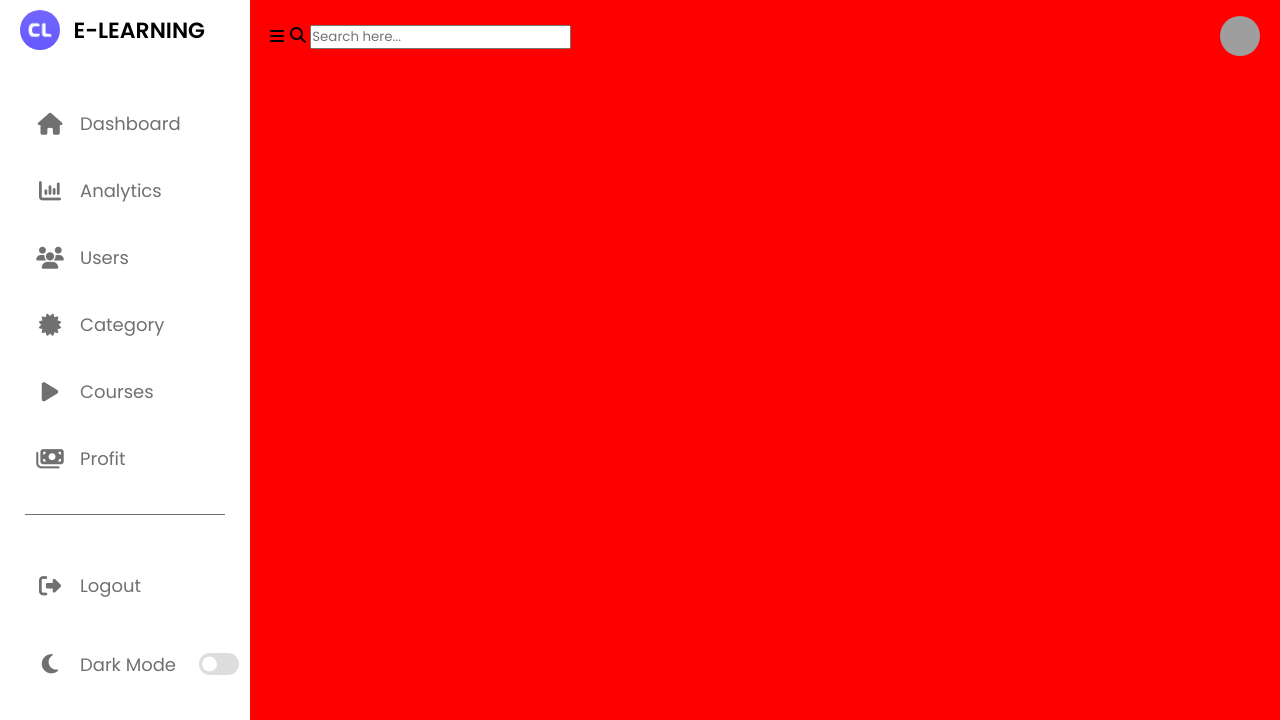
Repository: phamngocthang/practice-html-css
Page: Admin/dist/index.html
An editor plug-in stored every save of this project. The page is shown before and after the next save, followed by the edit.
The browser window is 1280 px wide. The pictures show the whole page.
Pictures or frames that could not be fetched are drawn as grey boxes. The style sheet was rebuilt from its Sass, Less or Tailwind sources for each picture, by a compiler version that may differ from the author's.

Above is the page before, as saved 2023-10-24 22:47:36.

### Admin/dist/index.html
<!DOCTYPE html>
<html lang="en">
<head>
    <meta charset="UTF-8">
    <meta name="viewport" content="width=device-width, initial-scale=1.0">
    <title>Document</title>
    <link rel="stylesheet" href="style/main.css">
    <link rel="stylesheet" href="https://cdnjs.cloudflare.com/ajax/libs/font-awesome/6.4.2/css/all.min.css" integrity="sha512-z3gLpd7yknf1YoNbCzqRKc4qyor8gaKU1qmn+CShxbuBusANI9QpRohGBreCFkKxLhei6S9CQXFEbbKuqLg0DA==" crossorigin="anonymous" referrerpolicy="no-referrer" />
</head>
<body>
    <nav>
        <div class="logo">
            <div class="logo__image">
                <img src="/Images/logo.png" alt="">
            </div>

            <span class="logo__name">
                E-LEARNING
            </span>
        </div>

        <div class="menu">
            <ul class="menu__link">
                <li class="menu__link__item"><a href="#">
                    <i class="fa-solid fa-house"></i>
                    <span>Dashboard</span>
                </a></li>
                <li class="menu__link__item"><a href="#">
                    <i class="fa-solid fa-chart-column"></i>
                    <span>Analytics</span>
                </a></li>
                <li class="menu__link__item"><a href="#">
                    <i class="fa-solid fa-users"></i>
                    <span>Users</span>
                </a></li>
                <li class="menu__link__item"><a href="#">
                    <i class="fa-solid fa-certificate"></i>
                    <span>Category</span>
                </a></li>
                <li class="menu__link__item"><a href="#">
                    <i class="fa-solid fa-play"></i>
                    <span>Courses</span>
                </a></li>
                <li class="menu__link__item"><a href="#">
                    <i class="fa-solid fa-money-bills"></i>
                    <span>Profit</span>
                </a></li>
            </ul>

            <ul class="menu__link">
                <li class="menu__link__item"><a href="#">
                    <i class="fa-solid fa-right-from-bracket"></i>
                    <span>Logout</span>
                </a></li>

                <li class="menu__link__item menu__link__item--darkmode"><a href="#">
                    <i class="fa-solid fa-moon"></i>
                    <span>Dark Mode</span>
                    <div class="menu__toggle">
                        <span class="menu__switch"></span>
                    </div>
                </a></li>
            </ul>
        </div>
    </nav>

    <section class="dashboard">
        <div class="top">
            <i class="fa-solid fa-bars"></i>

            <div class="top__search-box">
                <i class="fa-solid fa-magnifying-glass"></i>
                <input type="text" placeholder="Search here...">
            </div>

            <div class="top__image">
                <img src="/Images/avatar.jpg" alt="">
            </div>
        </div>
    </section>

    <script src="script.js">

    </script>
</body>
</html>

### Admin/dist/script.js
const body = document.querySelector("body");
const modeTogger = document.querySelector(".menu__toggle");

modeTogger.addEventListener("click", () => {
    body.classList.toggle("dark")
})

### Admin/scss/main.scss
@import url('https://fonts.googleapis.com/css2?family=Poppins:wght@200;300;400;500;600&display=swap');
@import 'variables';
* {
    margin: 0;
    padding: 0;
    box-sizing: border-box;
    font-family: 'Poppins', sans-serif;
}

body {
    --primary-color: #{$primary-color};
    --panel-color: #{$panel-color};
    --text-color: #{$text-color};
    --black-light-color: #{$black-light-color};
    --border-color: #{$border-color};
    --toggle-color: #{$toggle-color};
    --box1-color: #{$box1-color};
    --box2-color: #{$box2-color};
    --box3-color: #{$box3-color};
    --title-icon-color: #{$title-icon-color};
    min-height: 100vh;
    background-color: var(--primary-color);
}

body.dark {
    --primary-color: #3A3B3C;
    --panel-color: #242526;
    --text-color: #FFF;
    --black-light-color: #CCC;
    --border-color: #4D4C4C;
    --toggle-color: #FFF;
    --box1-color: #3A3B3C;
    --box2-color: #3A3B3C;
    --box3-color: #3A3B3C;
    --title-icon-color: #CCC;

    .menu__switch::before {
        left: 20px !important;
    }
}

nav {
    position: fixed;
    width: 250px;
    height: 100%;
    top: 0;
    left: 0;
    background-color: var(--panel-color);

    .logo {
        display: flex;
        justify-content: space-between;
        align-items: center;
        &__image {
            min-width: 45px;
            display: flex;
            align-items: center;

            img {
                width: 40px;
                border-radius: 50%;
                object-fit: cover;
            }

        }

        &__name {
            color: var(--text-color);
            font-weight: 600;
            font-size: 22px;
        }
        padding: 10px 45px 10px 20px;
    }

    .menu {
        height: 100%;
        padding: 30px 0px 30px 20px;
        position: relative;


        &::after {
            content: '';
            left: 50%;
            top: 63%;
            width: 80%;
            height: 0.5px;
            transform: translateX(-50%);
            background-color: var(--black-light-color);
            position: absolute;
        }

        &__link {
            list-style: none;
            display: flex;
            flex-direction: column;
            align-items: flex-start;


            &:nth-child(1) {
                height: 70%;
            }


            &__item {
                padding: 20px 0;

                a {
                    text-decoration: none;
                    color: var(--black-light-color);
                    font-size: 18px;
                    display: flex;
                    align-items: center;
                    position: relative;
                    transition: 0.4 ease all;

                    i {
                        min-width: 60px;
                        text-align: center;
                        font-size: 22px;
                    }

                    span {
                        font-weight: 400;
                    }

                    &:hover {
                        color: var(--primary-color);

                        &::before {
                            content: '';
                            width: 5px;
                            height: 5px;
                            border-radius: 50%;
                            background-color: var(--primary-color);
                            position: absolute;
                            transition: 0.4 ease all;
                        }
                    }
                }
            }

            &__item--darkmode {
                display: flex;
                align-items: center;


                .menu__toggle {
                    margin-left: 20px;
                    height: 50px;
                    min-width: 45px;
                    display: flex;
                    align-items: center;
                    justify-content: center;

                    .menu__switch {
                        display: inline-block;
                        border-radius: 25px;
                        position: relative;
                        height: 22px;
                        width: 40px;
                        background-color: var(--toggle-color);

                        &::before {
                            content: '';
                            width: 15px;
                            height: 15px;
                            position: absolute;
                            background-color: var(--title-icon-color);
                            border-radius: 50%;
                            left: 3px;
                            top: 50%;
                            transform: translateY(-50%);
                            transition: $tran-03;
                        }
                    }
                }
            }
        }
    }
}

.dashboard {
    background-color: red;
    margin-left: 250px;
    height: 100vh;

    .top {
        height: 10%;
        display: flex;
        align-items: center;
        justify-content: space-between;
        padding: 10px 20px 10px 20px;

        &__search-box {
            flex: 1;
            width: 100%;
            padding: 6px;
            border-radius: 4px;
        }

        &__image {
            width: 40px;
            height: 40px;
            margin: 0 20p;

            img {
                width: 100%;
                height: 100%;
                object-fit: cover;
                border-radius: 50%;
            }
        }
    }
}

### Admin/scss/_variables.scss
/* ===== Colors ===== */
$primary-color: #0E4BF1;
$panel-color: #FFF;
$text-color: #000;
$black-light-color: #707070;
$border-color: #e6e5e5;
$toggle-color: #DDD;
$box1-color: #4DA3FF;
$box2-color: #FFE6AC;
$box3-color: #E7D1FC;
$title-icon-color: #fff;

/* ====== Transition ====== */
$tran-05: all 0.5s ease;
$tran-03: all 0.3s ease;
$tran-03: all 0.2s ease;

After the next save:
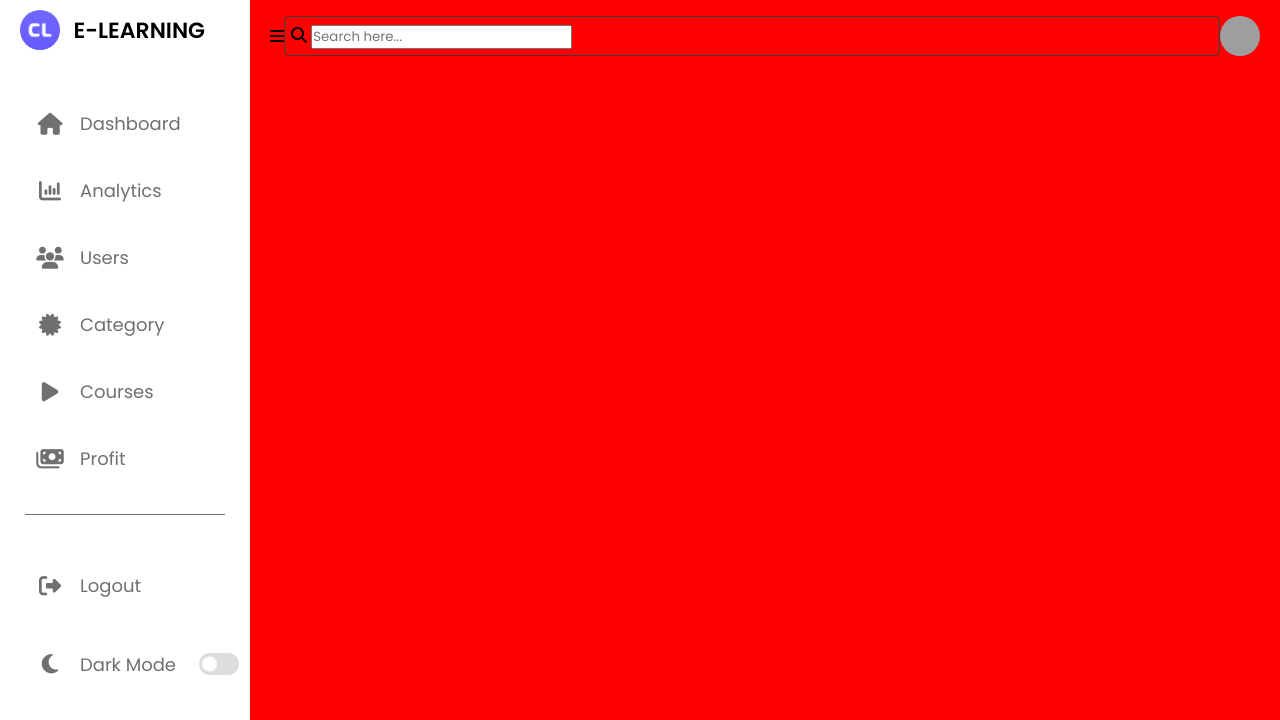
Saved 12 s later.
--- a/Admin/scss/main.scss
+++ b/Admin/scss/main.scss
@@ -196,6 +196,7 @@ nav {
             width: 100%;
             padding: 6px;
             border-radius: 4px;
+            border: 1px solid #3A3B3C;
         }
 
         &__image {
